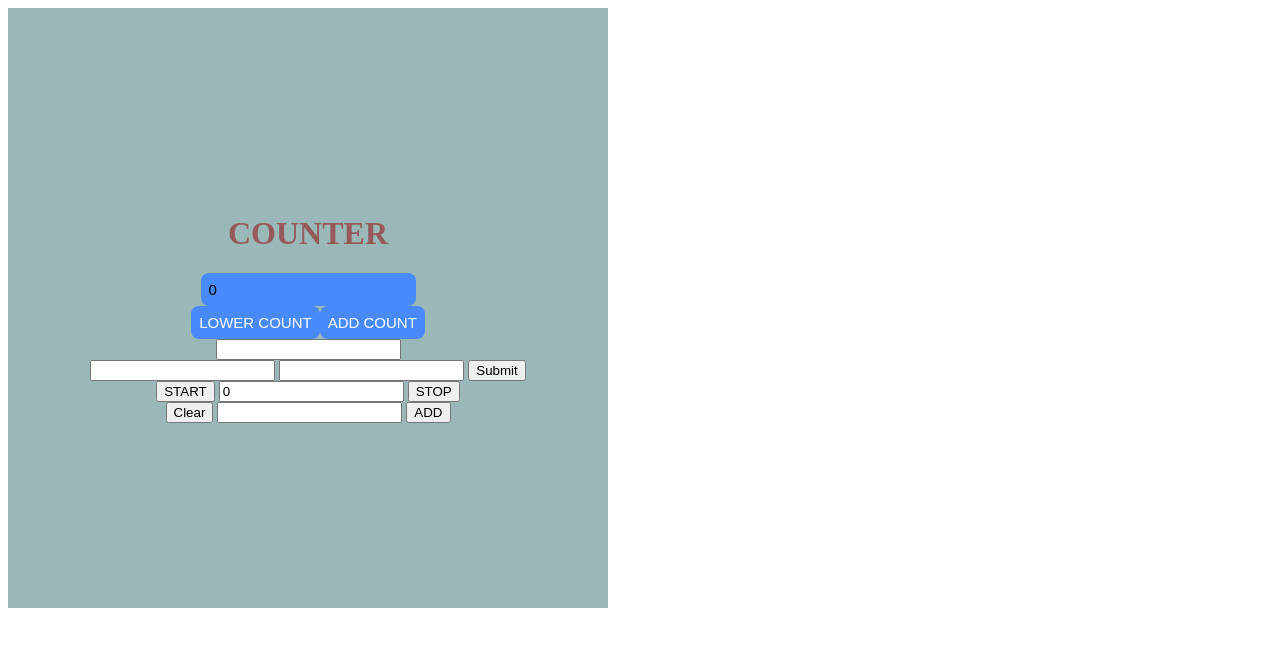
Repository: sedashahnazaryan/Caunter
Page: index.html
An editor plug-in stored every save of this project. The page is shown before and after a run of saves, followed by the edit.
The browser window is 1280 px wide. The pictures show the whole page.

Above is the page before, as saved 2022-02-15 01:27:56.

After the next 2 saves:
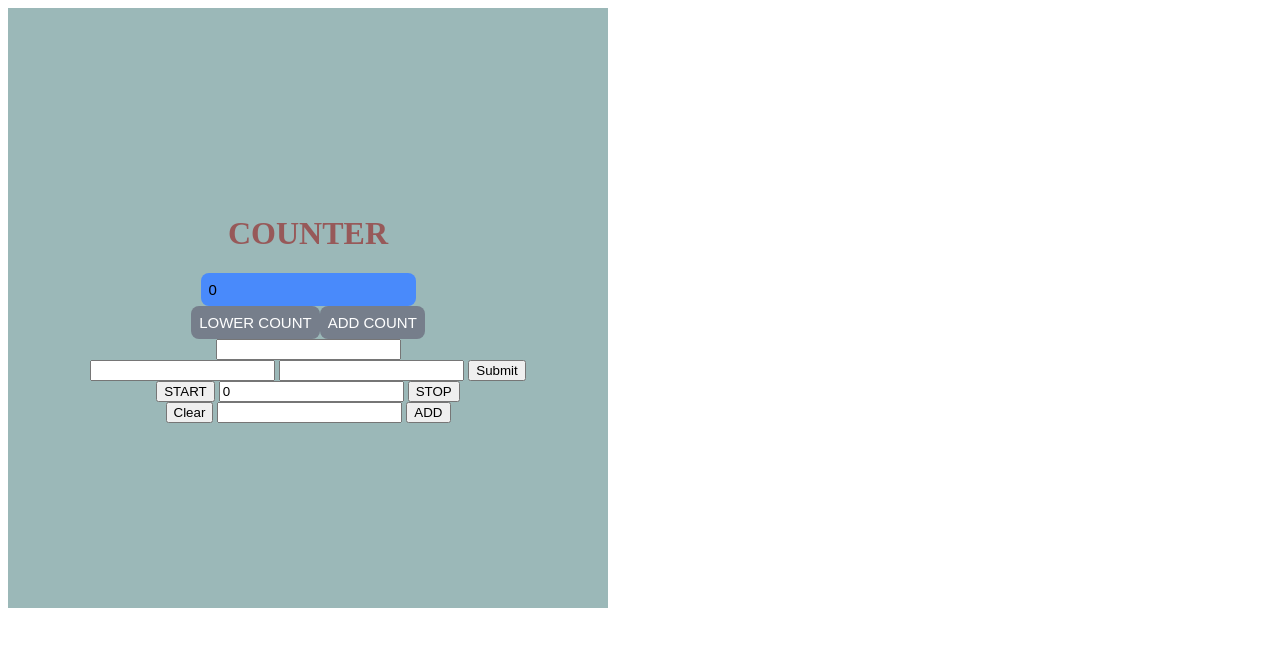
The 2 saves are shown as one change because they came seconds apart.
The last was saved 17 s later.
--- a/index.css
+++ b/index.css
@@ -24,7 +24,7 @@ color: rgba(151, 75, 75, 0.87);
     justify-content: center;
 }
 #add,#lower {
-    background-color: #498AFB;
+    background-color: #767e8b;
     color: white;
     padding: 8px;
     border-radius: 8px;
